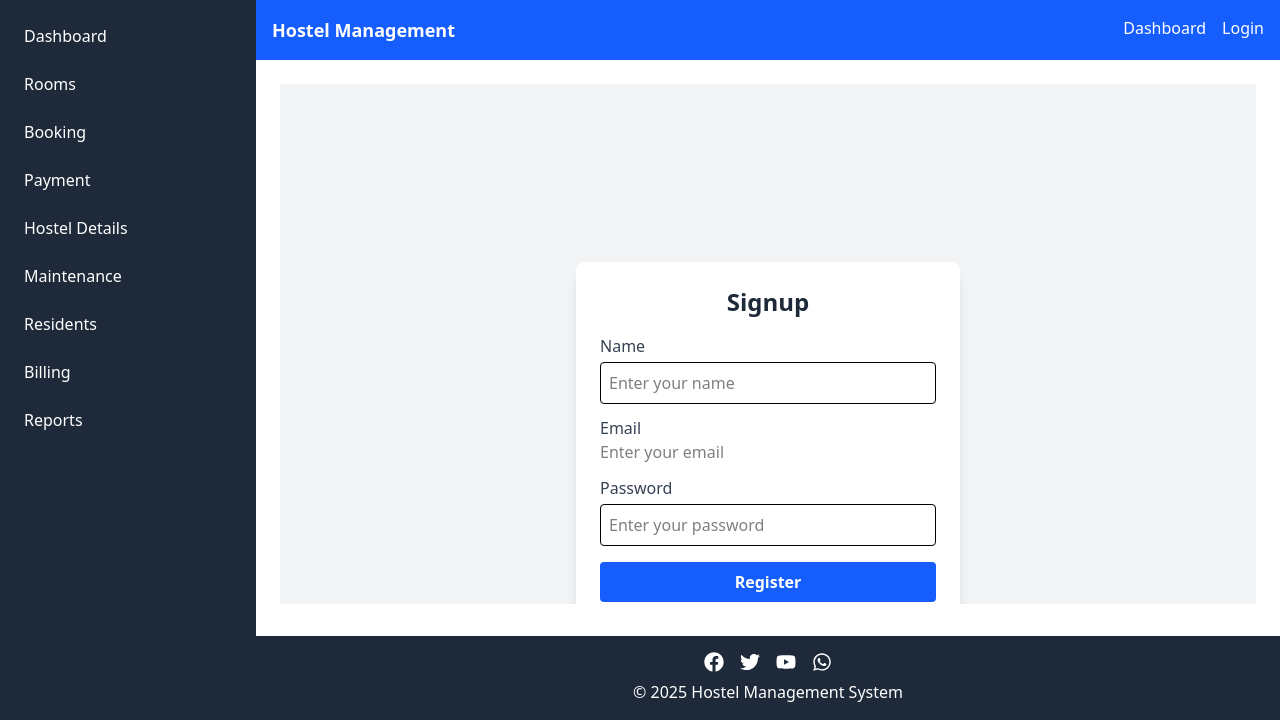
Repository: Meenakshi-commits/hostel_client
Page: /signup
The author's editor kept a copy of each file at every save. The page is drawn from the files as they stood at one save, then again after the next save.
The browser window is 1280 px wide. The pictures show the whole page.
The page's requests for data from a server got no answer. An inner scrolling area shows only its first screen. The project was rebuilt for these pictures with package versions that can differ from the ones it lists, and the page was loaded fresh each time. No one was signed in, and anything a server would have sent is missing. Also part of the build but not shown: vite.config.js, src/components/ProtectedRoute.jsx, src/pages/HomePage.jsx, src/pages/Dashboard.jsx, src/pages/Booking.jsx, src/services/PaymentService.js, src/pages/Payment.jsx, src/pages/HostelDetails.jsx and 8 more.

Above is the page before, as saved 2025-02-28 20:02:09.

### index.html
<!doctype html>
<html lang="en">
  <head>
    <meta charset="UTF-8" />
    <link rel="icon" type="image/png" href="/logo.png" />
    <meta name="viewport" content="width=device-width, initial-scale=1.0" />
    <title>HostelManagementSystems</title>
  </head>
  <body>
    <div id="root"></div>
    <script type="module" src="/src/main.jsx"></script>
  </body>
</html>

### src/main.jsx
import React from "react";
import ReactDOM from "react-dom/client";
import { BrowserRouter } from "react-router-dom";
import App from "./App.jsx";
import "./index.css";

ReactDOM.createRoot(document.getElementById("root")).render(
    <BrowserRouter>
        <App />
    </BrowserRouter>
);

### src/App.jsx
import { BrowserRouter as Router } from "react-router-dom";
import { AuthProvider } from "./context/AuthContext";
import { RoomProvider } from "./context/RoomContext";
import { BookingProvider } from "./context/BookingContext";
import { NotificationProvider } from "./context/NotificationContext";
import Navbar from "./components/Navbar";
import Sidebar from "./components/Sidebar";
import Footer from "./components/Footer";
import AppRoutes from "./routes/AppRoutes";

function App() {
  return (

      <AuthProvider>
        <RoomProvider>
          <BookingProvider>
            <NotificationProvider>
              <div className="flex h-screen">
                <Sidebar />
                <div className="flex-1 flex flex-col">
                  <Navbar />
                  <div className="p-6 flex-grow overflow-auto">
                    <AppRoutes /> {/* Uses the separate AppRoutes component */}
                  </div>
                  <Footer />
                </div>
              </div>
            </NotificationProvider>
          </BookingProvider>
        </RoomProvider>
      </AuthProvider>

  );
}

export default App;

### src/context/AuthContext.jsx
import { createContext, useState, useEffect } from "react";
import { useNavigate } from "react-router-dom";
import { loginUser, registerUser } from "../services/authService";

export const AuthContext = createContext();

export const AuthProvider = ({ children }) => {
  const [user, setUser] = useState(null);
  const [loading, setLoading] = useState(true);
  const [showLoginMessage, setShowLoginMessage] = useState(false);
  const [showRegisterMessage, setShowRegisterMessage] = useState(false);
  const navigate = useNavigate();

  useEffect(() => {
    const storedUser = localStorage.getItem("user");
    if (storedUser) {
      try {
        setUser(JSON.parse(storedUser));
      } catch (error) {
        console.error("Invalid JSON in localStorage:", error);
        localStorage.removeItem("user"); // Clear invalid data
      }
    }
    setLoading(false);
  }, []);

  const login = async (credentials) => {
    try {
      const data = await loginUser(credentials);
      setUser(data.user);
      localStorage.setItem("user", JSON.stringify(data.user));
      setShowLoginMessage(true); // Show login message
      if (data.user.role === 'admin') {
        navigate("/booking"); // Navigate to booking page if admin
      } else {
        navigate("/dashboard"); // Navigate to dashboard if not admin
      }
    } catch (error) {
      console.error("Login failed:", error);
    }
  };

  const register = async (userData) => {
    try {
      const response = await registerUser(userData);
      setUser(response.user);
      localStorage.setItem("user", JSON.stringify(response.user));
      setShowRegisterMessage(true); // Show register message
      navigate("/dashboard"); // Navigate to dashboard after registration
    } catch (error) {
      console.error("Registration failed:", error);
    }
  };

  const logout = () => {
    setUser(null);
    localStorage.removeItem("user");
    navigate("/"); // Navigate to home after logout
  };

  return (
    <AuthContext.Provider value={{ user, login, register, logout, loading, showLoginMessage, setShowLoginMessage, showRegisterMessage, setShowRegisterMessage }}>
      {children}
    </AuthContext.Provider>
  );
};

### src/context/RoomContext.jsx
import { createContext, useState, useEffect } from "react";
import { getRooms } from "../services/roomService";

export const RoomContext = createContext();

export const RoomProvider = ({ children }) => {
  const [rooms, setRooms] = useState([]);
  const [loading, setLoading] = useState(true);

  useEffect(() => {
    fetchRooms();
  }, []);

  const fetchRooms = async () => {
    try {
      const data = await getRooms();
      setRooms(data);
    } catch (error) {
      console.error("Failed to fetch rooms:", error);
    } finally {
      setLoading(false);
    }
  };

  return (
    <RoomContext.Provider value={{ rooms, loading }}>
      {children}
    </RoomContext.Provider>
  );
};

### src/context/BookingContext.jsx
import { createContext, useState } from "react";
import { createBooking, getBookingById } from "../services/bookingService";

export const BookingContext = createContext();

export const BookingProvider = ({ children }) => {
  const [booking, setBooking] = useState(null);

  const addBooking = async (bookingData) => {
    try {
      const newBooking = await createBooking(bookingData);
      setBooking(newBooking);
    } catch (error) {
      console.error("Booking failed:", error);
    }
  };

  const fetchBooking = async (id) => {
    try {
      const data = await getBookingById(id);
      setBooking(data);
    } catch (error) {
      console.error("Failed to fetch booking:", error);
    }
  };

  return (
    <BookingContext.Provider value={{ booking, addBooking, fetchBooking }}>
      {children}
    </BookingContext.Provider>
  );
};

### src/context/NotificationContext.jsx
import { createContext, useState } from "react";
import { sendSmsNotification } from "../services/notificationService";
import { sendEmailNotification } from "../services/notificationService";


export const NotificationContext = createContext();

export const NotificationProvider = ({ children }) => {
  const [message, setMessage] = useState("");

  const sendEmail = async (emailData) => {
    try {
      const response = await sendEmailNotification(emailData);
      setMessage(response.message);
    } catch (error) {
      console.error("Email notification failed:", error);
    }
  };

  const sendSms = async (smsData) => {
    try {
      const response = await sendSmsNotification(smsData);
      setMessage(response.message);
    } catch (error) {
      console.error("SMS notification failed:", error);
    }
  };

  return (
    <NotificationContext.Provider value={{ sendEmail, sendSms, message }}>
      {children}
    </NotificationContext.Provider>
  );
};

### src/components/Navbar.jsx
import { Link } from "react-router-dom";

const Navbar = () => {
  return (
    <nav className="bg-blue-600 text-white p-4 flex justify-between">
      <Link to="/" className="text-lg font-bold">Hostel Management</Link>
      <div>
        <Link to="/Dashboard" className="mr-4">Dashboard</Link>
        <Link to="/Login">Login</Link>
      </div>
    </nav>
  );
};

export default Navbar;

### src/components/Sidebar.jsx
import { Link } from "react-router-dom";

const Sidebar = () => {
  return (
    <div className="w-64 bg-gray-800 text-white">
      <nav className="flex flex-col p-4">
        <Link to="/Dashboard" className="mb-2 p-2 hover:bg-gray-700 rounded">
          Dashboard
        </Link>
        <Link to="/Rooms" className="mb-2 p-2 hover:bg-gray-700 rounded">
          Rooms
        </Link>
        <Link to="/Booking" className="mb-2 p-2 hover:bg-gray-700 rounded">
          Booking
        </Link>
        <Link to="/Payment" className="mb-2 p-2 hover:bg-gray-700 rounded">
          Payment
        </Link>
        <Link to="/HostelDetails" className="mb-2 p-2 hover:bg-gray-700 rounded">
          Hostel Details
        </Link>
        <Link to="/Maintenance" className="mb-2 p-2 hover:bg-gray-700 rounded">
          Maintenance
        </Link>
        <Link to="/Residents" className="mb-2 p-2 hover:bg-gray-700 rounded">
          Residents
        </Link>
        <Link to="/Billing" className="mb-2 p-2 hover:bg-gray-700 rounded">
          Billing
        </Link>
        <Link to="/Reports" className="mb-2 p-2 hover:bg-gray-700 rounded">
          Reports
        </Link>

      </nav>
    </div>
  );
};

export default Sidebar;

### src/components/Footer.jsx
import { FaFacebook, FaTwitter, FaYoutube, FaWhatsapp } from "react-icons/fa";

const Footer = () => {
  return (
    <footer className="bg-gray-800 text-white text-center p-4 mt-8">
      <div className="flex justify-center space-x-4 mb-2">
        <a href="#" className="text-xl"><FaFacebook /></a>
        <a href="#" className="text-xl"><FaTwitter /></a>
        <a href="#" className="text-xl"><FaYoutube /></a>
        <a href="#" className="text-xl"><FaWhatsapp /></a>
      </div>
      <p>© {new Date().getFullYear()} Hostel Management System</p>
    </footer>
  );
};

export default Footer;

### src/routes/AppRoutes.jsx
import { Routes, Route } from "react-router-dom";
import ProtectedRoute from "../components/ProtectedRoute";

// Pages
import HomePage from "../pages/HomePage";
import Dashboard from "../pages/Dashboard";
import Booking from "../pages/Booking";
import Payment from "../pages/Payment";
import HostelDetails from "../pages/HostelDetails";
import Maintenance from "../pages/Maintenance";
import Residents from "../pages/Residents";
import Billing from "../pages/Billing";
import Reports from "../pages/Reports";
import Login from "../pages/Login";
import Signup from "../pages/Signup";
import Unauthorized from "../pages/Unauthorized";
import Rooms from "../pages/Rooms";
import BookRoom from "../pages/BookRoom";

const AppRoutes = () => {
  return (
    <Routes>
      <Route path="/" element={<HomePage />} />
      <Route path="/login" element={<Login />} />
      <Route path="/signup" element={<Signup />} />
      <Route path="/unauthorized" element={<Unauthorized />} />

      {/* Protected Routes */}
      <Route path="/dashboard" element={<ProtectedRoute roles={['admin', 'user']}><Dashboard /></ProtectedRoute>} />
      <Route path="/booking" element={<ProtectedRoute roles={['admin', 'user']}><Booking /></ProtectedRoute>} />
      <Route path="/payment" element={<ProtectedRoute roles={['admin']}><Payment /></ProtectedRoute>} />
      <Route path="/hostel-details" element={<ProtectedRoute roles={['admin']}><HostelDetails /></ProtectedRoute>} />
      <Route path="/maintenance" element={<ProtectedRoute roles={['admin']}><Maintenance /></ProtectedRoute>} />
      <Route path="/residents" element={<ProtectedRoute roles={['admin', 'user']}><Residents /></ProtectedRoute>} />
      <Route path="/billing" element={<ProtectedRoute roles={['admin']}><Billing /></ProtectedRoute>} />
      <Route path="/reports" element={<ProtectedRoute roles={['admin']}><Reports /></ProtectedRoute>} />
      <Route path="/rooms" element={<ProtectedRoute roles={['admin', 'user']}><Rooms /></ProtectedRoute>} />
      <Route path="/book-room" element={<ProtectedRoute roles={['admin']}><BookRoom /></ProtectedRoute>} />
    </Routes>
  );
};

export default AppRoutes;

### src/services/authService.js
import api from "./api";

// User Registration
export const registerUser = async (userData) => {
  try {
    const response = await api.post("/api/auth/register", userData);
    return response.data;
  } catch (error) {
    console.error("Error registering user:", error);
    throw error;
  }
};

// User Login
export const loginUser = async (credentials) => {
  try {
    const response = await api.post("/api/auth/login", credentials);
    return response.data;
  } catch (error) {
    console.error("Error logging in:", error);
    throw error;
  }
};

### src/services/roomService.js
import api from "./api";

// Fetch all rooms
export const getRooms = async () => {
  try {
    const response = await api.get("/api/rooms");
    return response.data;
  } catch (error) {
    console.error("Error fetching rooms:", error);
    return [];
  }
};

// Get a single room by ID
export const getRoomById = async (roomId) => {
  try {
    const response = await api.get(`/api/rooms/${roomId}`);
    return response.data;
  } catch (error) {
    console.error("Error fetching room:", error);
    throw error;
  }
};

// Create a new room
export const createRoom = async (roomData) => {
  try {
    await api.post("/api/rooms", roomData);
  } catch (error) {
    console.error("Error creating room:", error);
    throw error;
  }
};

// Update an existing room
export const updateRoom = async (roomId, roomData) => {
  try {
    await api.put(`/api/rooms/${roomId}`, roomData);
  } catch (error) {
    console.error("Error updating room:", error);
    throw error;
  }
};

// Delete a room
export const deleteRoom = async (roomId) => {
  try {
    await api.delete(`/api/rooms/${roomId}`);
  } catch (error) {
    console.error("Error deleting room:", error);
    throw error;
  }
};

// Fetch Available Rooms
export const fetchAvailableRooms = async () => {
  try {
    const response = await api.get("/api/rooms/available");
    return response.data;
  } catch (error) {
    console.error("Error fetching available rooms:", error);
    throw error;
  }
};

// Fetch Allocated Rooms
export const fetchAllocatedRooms = async () => {
  try {
    const response = await api.get("/api/rooms/allocated");
    return response.data;
  } catch (error) {
    console.error("Error fetching allocated rooms:", error);
    throw error;
  }
};

### src/services/bookingService.js
import api from "./api";

// Create a new booking
export const createBooking = async (bookingData) => {
  try {
    const response = await api.post("/api/bookings", bookingData);
    return response.data;
  } catch (error) {
    console.error("Error creating booking:", error);
    throw error;
  }
};

// Get a specific booking
export const getBookingById = async (bookingId) => {
  try {
    const response = await api.get(`/api/bookings/${bookingId}`);
    return response.data;
  } catch (error) {
    console.error("Error fetching booking:", error);
    throw error;
  }
};

// Get all bookings
export const getAllBookings = async () => {
  try {
    const response = await api.get("/api/bookings");
    return response.data;
  } catch (error) {
    console.error("Error fetching bookings:", error);
    return [];
  }
};

// Cancel a booking
export const cancelBooking = async (bookingId) => {
  try {
    await api.delete(`/api/bookings/${bookingId}`);
  } catch (error) {
    console.error("Error canceling booking:", error);
    throw error;
  }
};

// Fetch Booking by ID
export const fetchBookingById = async (bookingId) => {
  try {
    const response = await api.get(`/api/bookings/${bookingId}`);
    return response.data;
  } catch (error) {
    console.error("Error fetching booking by ID:", error);
    throw error;
  }
};

### src/services/notificationService.js
import api from "./api";

// Send Email Notification
export const sendEmailNotification = async (emailData) => {
  try {
    const response = await api.post("/api/notifications/email", emailData);
    return response.data;
  } catch (error) {
    console.error("Error sending email notification:", error);
    throw error;
  }
};

// Send SMS Notification
export const sendSmsNotification = async (smsData) => {
  try {
    const response = await api.post("/api/notifications/sms", smsData);
    return response.data;
  } catch (error) {
    console.error("Error sending SMS notification:", error);
    throw error;
  }
};

### src/pages/Signup.jsx
import { useState, useContext } from "react";
import { useNavigate } from "react-router-dom";
import { AuthContext } from "../context/AuthContext";

const Signup = () => {
  const { register } = useContext(AuthContext);
  const [name, setName] = useState("");
  const [email, setEmail] = useState("");
  const [password, setPassword] = useState("");
  const [role, setRole] = useState("resident"); // Default role is resident
  const navigate = useNavigate();

  const handleSubmit = async (e) => {
    e.preventDefault();
    await register({ name, email, password, role });
    navigate("/dashboard"); // Navigate to dashboard after registration
  };

  return (
    <div className="flex items-center justify-center min-h-screen bg-gray-100">
      <div className="bg-white p-6 shadow-lg rounded-lg w-full max-w-sm">
        <h2 className="text-2xl font-bold text-center text-gray-800">Signup</h2>
        <form onSubmit={handleSubmit} className="flex flex-col mt-4">
          <label className="text-gray-700 font-medium">Name</label>
          <input
            type="text"
            placeholder="Enter your name"
            value={name}
            onChange={(e) => setName(e.target.value)}
            className="border p-2 rounded mt-1"
          />

          <label className="text-gray-700 font-medium mt-3">Email</label>
          <input
            type="email"
            placeholder="Enter your email"
            value={email}
            onChange={(e) => setEmail(e.target.value)}
          />

          <label className="text-gray-700 font-medium mt-3">Password</label>
          <input
            type="password"
            placeholder="Enter your password"
            value={password}
            onChange={(e) => setPassword(e.target.value)}
            className="border p-2 rounded mt-1"
          />

          <button
            type="submit"
            className="mt-4 px-4 py-2 bg-blue-600 text-white font-semibold rounded hover:bg-blue-700 transition duration-300"
          >
            Register
          </button>
        </form>
      </div>
    </div>
  );
};

export default Signup;

### src/services/api.js
import axios from "axios";

const api = axios.create({
  baseURL: "https://hostel-server-d0td.onrender.com",
  headers: {
    "Content-Type": "application/json",
  },
});

// Request Interceptor (Logs outgoing requests)
api.interceptors.request.use(
  (config) => {
    console.log("🚀 Request Sent:", config.method.toUpperCase(), config.url);
    console.log("📤 Request Data:", config.data);
    return config;
  },
  (error) => {
    console.error("❌ Request Error:", error);
    return Promise.reject(error);
  }
);

// Response Interceptor (Logs responses or errors)
api.interceptors.response.use(
  (response) => {
    console.log("✅ Response:", response.status, response.data);
    return response;
  },
  (error) => {
    if (error.response) {
      console.error("❌ Response Error:", error.response.status, error.response.data);
    } else {
      console.error("❌ Network Error:", error.message);
    }
    return Promise.reject(error);
  }
);

export default api;

Loaded but not shown: src/index.css (common file)

After the next save:
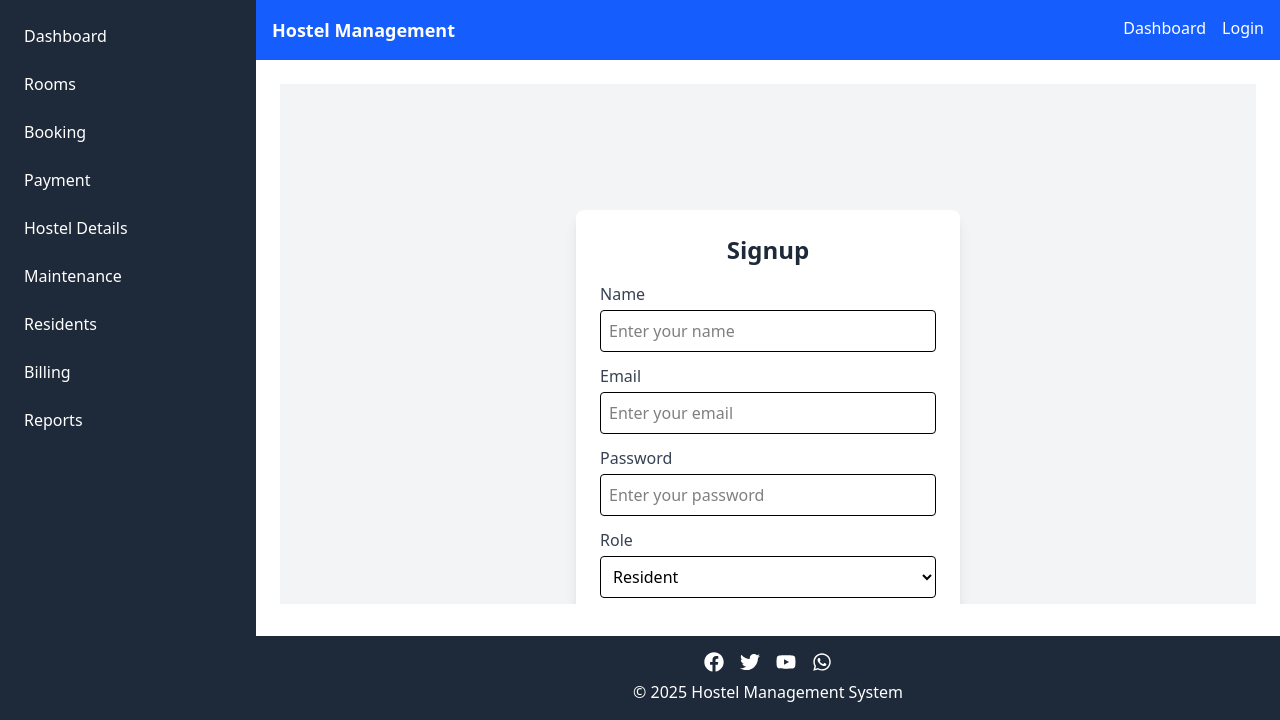
Saved 7 s later.
--- a/src/pages/Signup.jsx
+++ b/src/pages/Signup.jsx
@@ -36,6 +36,7 @@ const Signup = () => {
             placeholder="Enter your email"
             value={email}
             onChange={(e) => setEmail(e.target.value)}
+            className="border p-2 rounded mt-1"
           />
 
           <label className="text-gray-700 font-medium mt-3">Password</label>
@@ -46,6 +47,16 @@ const Signup = () => {
             onChange={(e) => setPassword(e.target.value)}
             className="border p-2 rounded mt-1"
           />
+
+          <label className="text-gray-700 font-medium mt-3">Role</label>
+          <select
+            value={role}
+            onChange={(e) => setRole(e.target.value)}
+            className="border p-2 rounded mt-1"
+          >
+            <option value="resident">Resident</option>
+            <option value="admin">Admin</option>
+          </select>
 
           <button
             type="submit"
